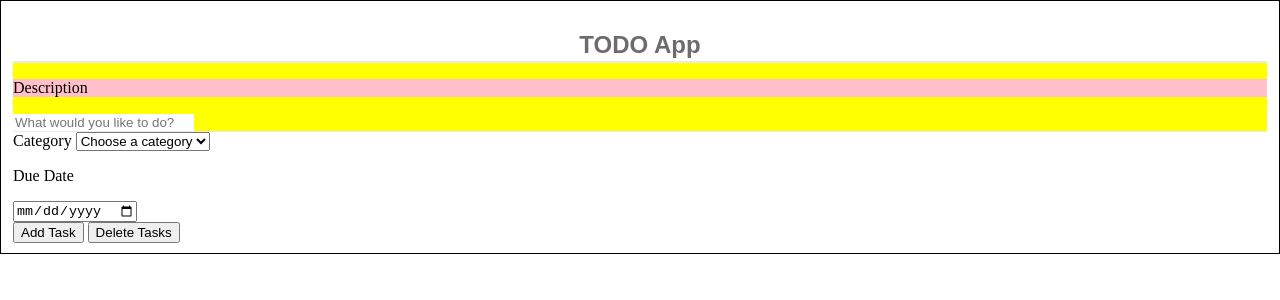
Repository: king-slayer97/TODO-App
Page: http://localhost/
The author's editor kept a copy of each file at every save. The page is drawn from the files as they stood at one save, then again after the next save.
The browser window is 1280 px wide. The pictures show the whole page.
The page is served by the project's Node server (index.js). Other server files are loaded and not shown.

Above is the page before, as saved 2022-08-15 14:06:18.

### views/home.ejs
<!DOCTYPE html>
<html lang="en">

<head>
    <meta charset="UTF-8">
    <meta http-equiv="X-UA-Compatible" content="IE=edge">
    <meta name="viewport" content="width=device-width, initial-scale=1.0">
    <title>TODO App</title>
    <link rel="stylesheet" href="/css/home.css">
</head>

<body>
    <div class="wrapper">
        <div class="heading">
            <h2>TODO App</h2>
        </div>
        <div class="description">
            <div class="description"></div>
            <p>Description</p>
            <input type="text" placeholder="What would you like to do?">
        </div>
        <div class="section2">
            <div class="category">
                <label>Category</label>
                <select>
                    <option selected disabled>Choose a category</option>
                    <option value="Personal">Personal</option>
                    <option value="Work">Work</option>
                    <option value="School">School</option>
                    <option value="Cleaning">Cleaning</option>
                    <option value="Other">Other</option>
                </select>
            </div>
            <div class="date">
                <p>Due Date</p>
                <input type="date" placeholder="dd/mm/yyyy">
            </div>
        </div>
        <div class="buttons">
            <button>Add Task</button>
            <button>Delete Tasks</button>
        </div>
    </div>
</body>

</html>

### index.js
const express = require('express');
const PORT = 3000;
const app = express();

//setup view engine
app.set('view engine', 'ejs');
app.set('views','./views');
app.use(express.static('assets'));

//importing routes
const router = require('./routes');
app.use('/',router);

//Listening on port 3000
app.listen(PORT, function(err){
    if(err) {
        console.log(`Error: ${err}`);
    }
    else{
        console.log(`Listening on port ${PORT}`);
    }
});

### controllers/home_controller.js
module.exports.homePage = function(req, res){
    res.render('home',{title: "TODO App"});
};

### assets/css/home.css
body{
    margin: 0;
}

.wrapper{
    border: 1px solid black;
    padding: 10px 12px;
}

.heading{
    text-align: center;
    border-bottom: 1px solid #eaeaea;
    height: 30px;
    /* display: flex;
    align-items: center;
    justify-content: center; */
}

.heading h2{
    color: #6e6c6b;
    font-family: Arial, Helvetica, sans-serif;
    /* font-style: inherit; */
}

.description{
    border-bottom: 1px solid #eaeaea;
    /* display: flex;
    flex-direction:column;
    justify-content: flex-start; */
    background-color: yellow;
}

.description p{
    height: 100%;
    background-color: pink;
}

.description input[type="text"]{
    border-style: none;
    text-align: left;
}

After the next save:
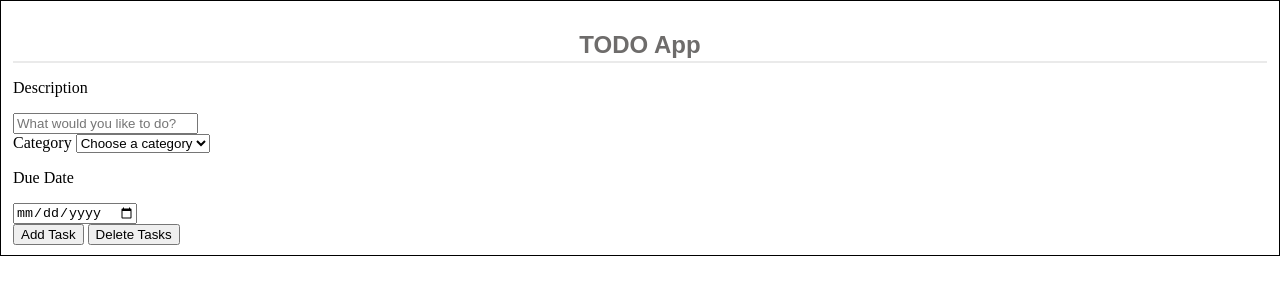
Saved 5 s later.
--- a/views/home.ejs
+++ b/views/home.ejs
@@ -14,7 +14,7 @@
         <div class="heading">
             <h2>TODO App</h2>
         </div>
-        <div class="description">
+        <div class="description-wrapper">
             <div class="description"></div>
             <p>Description</p>
             <input type="text" placeholder="What would you like to do?">
